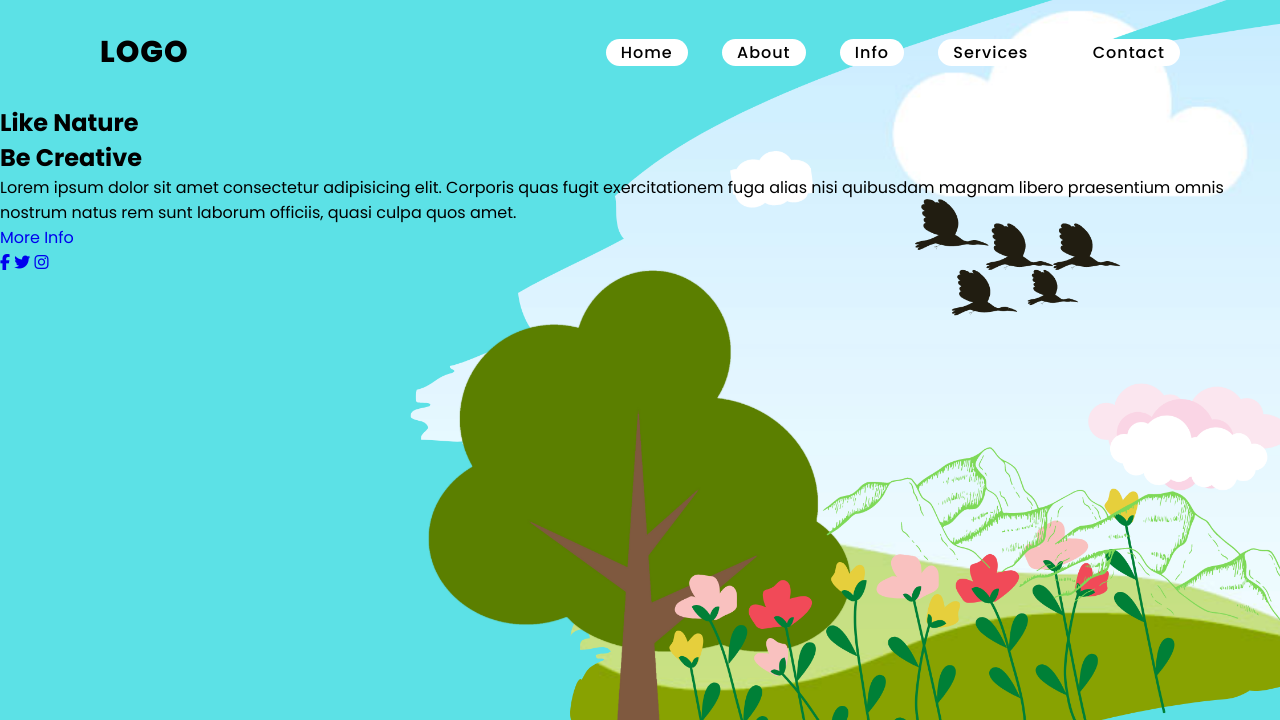
Repository: nganha241/CreativeNature
Page: index.html
The author's editor kept a copy of each file at every save. The page is drawn from the files as they stood at one save, then again after the next save.
The browser window is 1280 px wide. The pictures show the whole page.
The pointer rests on the first visible `header .navigation a`.
Some web libraries are served in a nearby version.

Above is the page before, as saved 2022-06-18 08:46:30.

### index.html
<!DOCTYPE html>
<html lang="en">
  <head>
    <meta charset="UTF-8" />
    <meta http-equiv="X-UA-Compatible" content="IE=edge" />
    <meta name="viewport" content="width=device-width, initial-scale=1.0" />
    <title>Creative Nature</title>
    <link rel="stylesheet" href="style.css" />
    <script
      src="https://kit.fontawesome.com/ae971d7ee0.js"
      crossorigin="anonymous"
    ></script>
  </head>
  <body>
    <section>
      <header>
        <h2><a href="#" class="logo">Logo</a></h2>
        <div class="navigation">
          <a href="#">Home</a>
          <a href="#">About</a>
          <a href="#">Info</a>
          <a href="#">Services</a>
          <a href="#">Contact</a>
        </div>
      </header>
      <div class="content">
        <div class="info">
          <h2>Like Nature <br /><span>Be Creative</span></h2>
          <p>
            Lorem ipsum dolor sit amet consectetur adipisicing elit. Corporis
            quas fugit exercitationem fuga alias nisi quibusdam magnam libero
            praesentium omnis nostrum natus rem sunt laborum officiis, quasi
            culpa quos amet.
          </p>
          <a href="#" class="info-btn">More Info</a>
        </div>
      </div>
      <div class="media-ions">
        <a href="#"><i class="fa fa-facebook"></i></a>
        <a href="#"><i class="fa fa-twitter"></i></a>
        <a href="#"><i class="fa fa-instagram" aria-hidden="true"></i></a>
      </div>
    </section>
  </body>
</html>

### style.css
@import url('https://fonts.googleapis.com/css2?family=Poppins:wght@300;400;500;600;700;800;900&display=swap');

* {
    box-sizing: border-box;
    padding: 0;
    margin: 0;
    font-family: 'Poppins', sans-serif;
}

a {
    text-decoration: none;
}

section {
    position: relative;
    width: 100%;
    min-height: 100vh;
    display: flex;
    flex-direction: column;
    justify-content: flex-start;
    background: url("./bg.png");
    background-size: cover;
    background-position: center;
}

header {
    position: relative;
    top: 0;
    width: 100%;
    padding: 30px 100px;
    display: flex;
    justify-content: space-between;
    align-items: center;
}

header .logo {
    position: relative;
    color: #000;
    font-size: 30px;
    text-transform: uppercase;
    font-weight: 800;
    letter-spacing: 1px;
}

header .navigation a{
    color: #000;
    background: #fff;
    font-weight: 500;
    letter-spacing: 1px;
    padding: 2px 15px;
    border-radius: 20px;
    transition: 0.3ms;
    /* transition-property: background; */
}

header .navigation a:not(:last-child) {
    margin-right: 30px;
}

header .navigation a:hover {
    background: #fff;
}

After the next save:
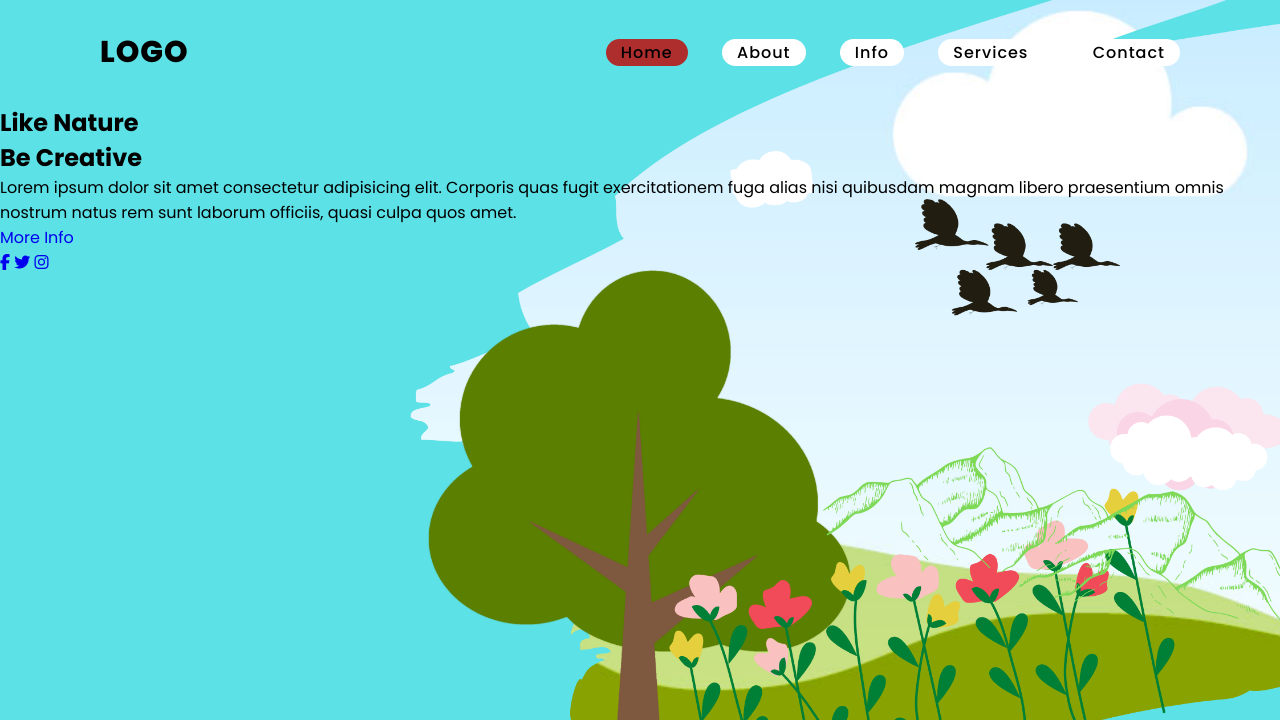
Saved 5 s later.
--- a/style.css
+++ b/style.css
@@ -58,5 +58,5 @@ header .navigation a:not(:last-child) {
 }
 
 header .navigation a:hover {
-    background: #fff;
+    background: rgb(174, 46, 46);
 }
